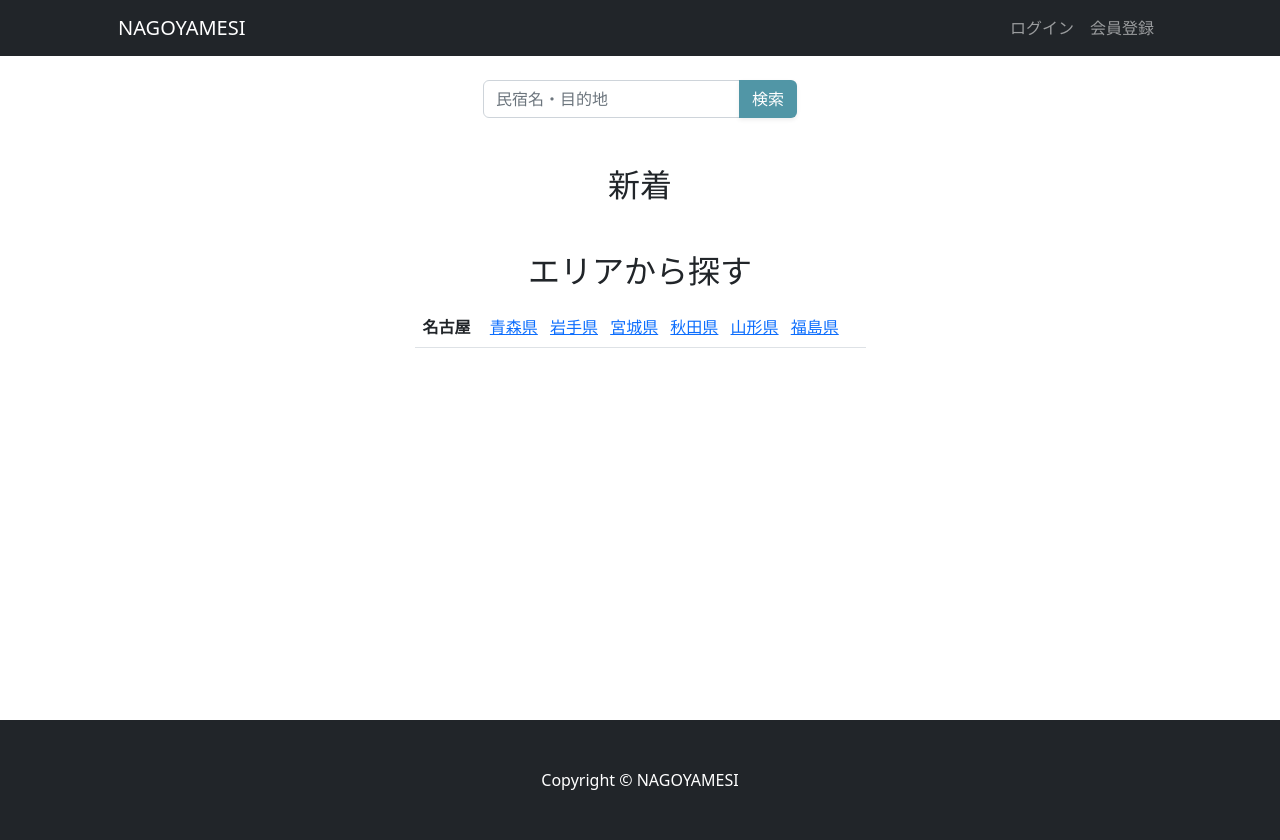
Repository: tearise/springboot-tabelog-kadai
Page: http://localhost/index
These files come from the project's save history. The page is drawn as it stood at one moment and after the next save; the edit follows.
The browser window is 1280 px wide. The pictures show the whole page.
Some web libraries are served in a nearby version. The page is this project's Thymeleaf template; nobody is signed in. The template is opened directly, without the code that normally fills it, so the values that code supplies are empty.

Above is the page before, as saved 2024-03-20 14:01:13.

After the next save:
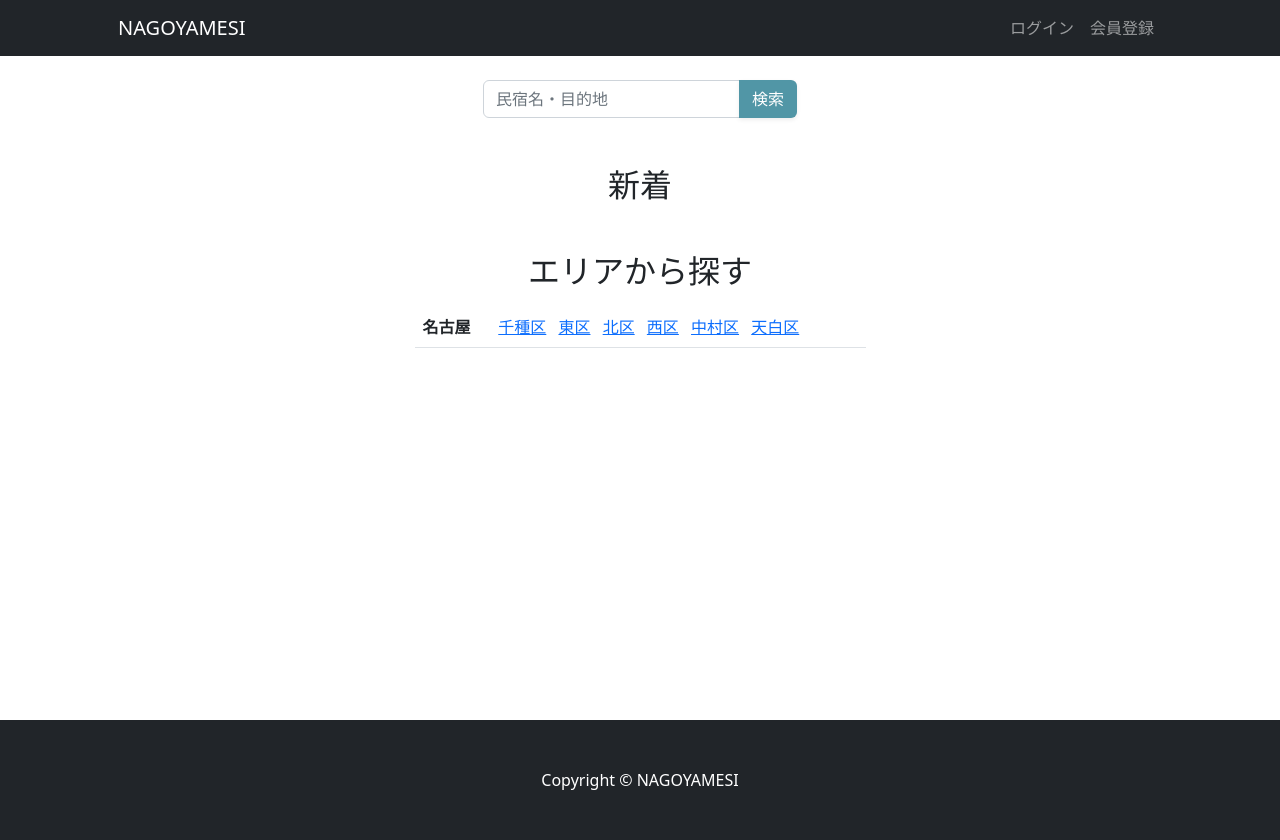
Saved 5 min 26 s later.
--- a/kadai_002/ngoyamesi/nagoyamasi/src/main/resources/templates/index.html
+++ b/kadai_002/ngoyamesi/nagoyamasi/src/main/resources/templates/index.html
@@ -63,12 +63,13 @@
                                      <tr>
                                          <th>名古屋</th>
                                          <td>
-                                             <a th:href="@{/houses?area=青森県}" class="me-2">青森県</a>
-                                             <a th:href="@{/houses?area=岩手県}" class="me-2">岩手県</a>
-                                             <a th:href="@{/houses?area=宮城県}" class="me-2">宮城県</a>
-                                             <a th:href="@{/houses?area=秋田県}" class="me-2">秋田県</a>
-                                             <a th:href="@{/houses?area=山形県}" class="me-2">山形県</a>
-                                             <a th:href="@{/houses?area=福島県}">福島県</a>
+                                             <a th:href="@{/restaurants?area=千種区}" class="me-2">千種区</a>
+                                             <a th:href="@{/restaurants?area=東区}" class="me-2">東区</a>
+                                             <a th:href="@{/restaurants?area=北区}" class="me-2">北区</a>
+                                             <a th:href="@{/restaurants?area=西区}" class="me-2">西区</a>
+                                             <a th:href="@{/restaurants?area=中村区}" class="me-2">中村区</a>
+
+                                             <a th:href="@{/houses?area=天白区}">天白区</a>
                                          </td>
                                      </tr>
                                  </tbody>
